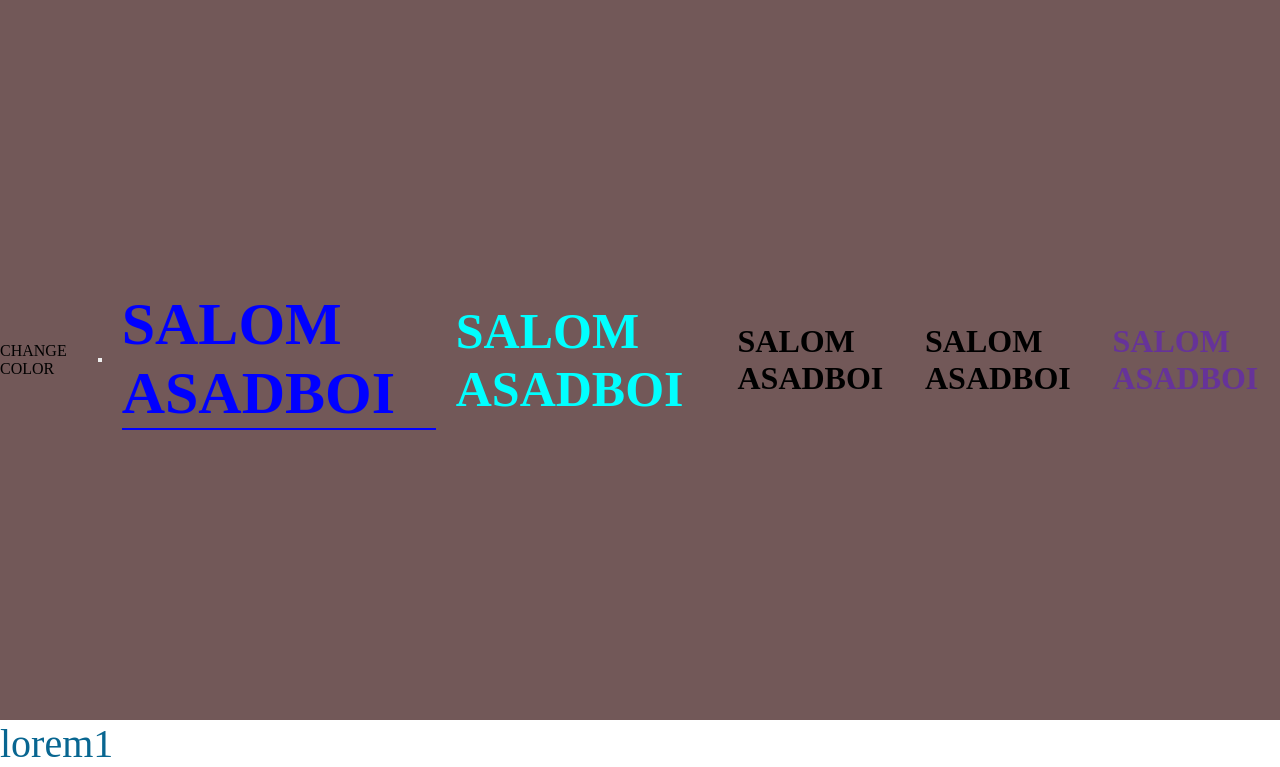
Repository: KHANas02/CACTUS
Page: index.html
The author's editor kept a copy of each file at every save. The page is drawn from the files as they stood at one save, then again after the next save.
The browser window is 1280 px wide. The pictures show the whole page.
The first visible `h1` is being pressed.

Above is the page before, as saved 2024-02-21 17:36:19.

### index.html
<!DOCTYPE html>
<html lang="en">
<head>
    <meta charset="UTF-8">
    <meta name="viewport" content="width=device-width, initial-scale=1.0">
    <title>Document</title>
    <link rel="stylesheet" href="./style.css">
</head>
<body>
    <div class="conteiner">
        <label for="check">CHANGE COLOR</label>
        <button></button>
<h1>SALOM ASADBOI</h1>
<h1>SALOM ASADBOI</h1>
<h1>SALOM ASADBOI</h1>
<h1>SALOM ASADBOI</h1>
<h1>SALOM ASADBOI</h1>





    </div>
<p>lorem1</p>


</body>
</html>

### style.css
*{
padding: 0;
margin: 0;
box-sizing: boder-box;
text-decoration: none;
outline: none;
}
.conteiner{
width: 100%;
height: 100vh;
background-color: #725858;
display: flex;
align-items: center;
gap: 20px;
justify-content: center;
}
.conteiner h1:first-child{
color: rgb(207, 63, 63);
text-decoration: uppercase;

}
.conteiner h1:last-child{
color:rebeccapurple ;
text-decoration: uppercase;


}
.conteiner h1:nth-child(3){
color: blue;
text-decoration: uppercase;

}
.conteiner h1:nth-child(4){
font-size: 50px;
color: aqua;


}
p::first-line{
    color: #086691;
    font-size: 40px;
}
h1:active{
font-size: 60px;
border-bottom: 2px solid ;
}

After the next save:
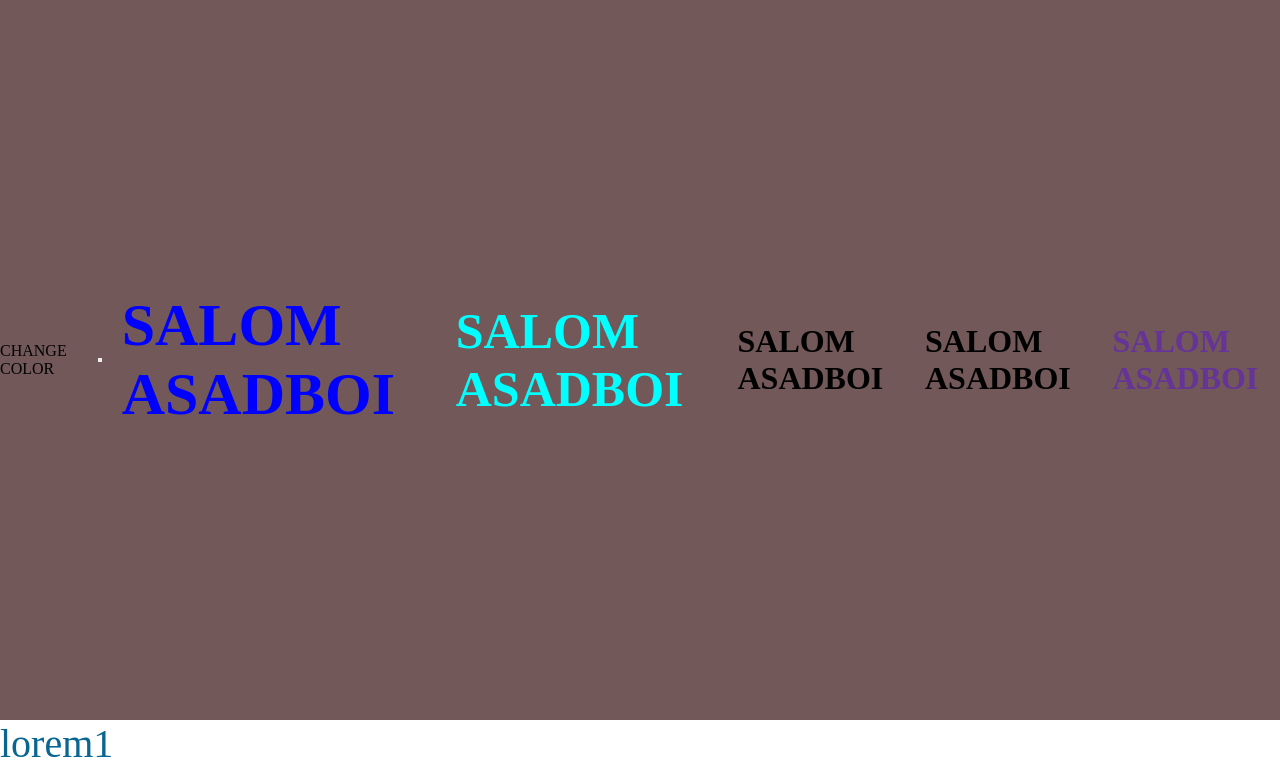
Saved 19 s later.
--- a/style.css
+++ b/style.css
@@ -42,5 +42,5 @@
 }
 h1:active{
 font-size: 60px;
-border-bottom: 2px solid ;
+border-bottom: 2px solid (╯°□°）╯︵ ┻━┻;
 }
